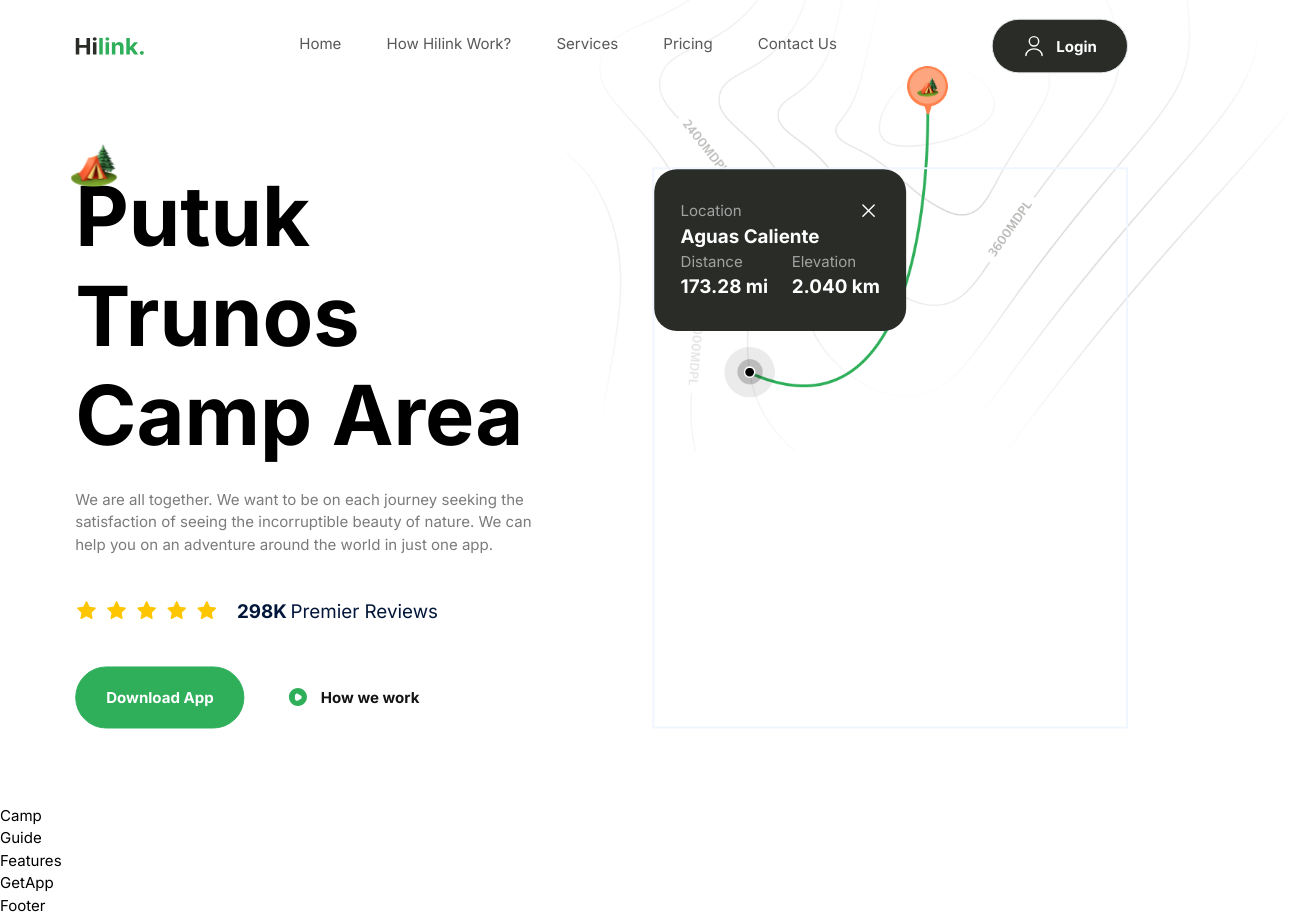
Repository: SouthpawC0der/Modern-reactsite
Page: /
An editor plug-in stored every save of this project. The page is shown before and after the next save, followed by the edit.
The browser window is 1280 px wide. The page is 1392 px wide, so the pictures cover 1392 px, including what lies to the right of the window. The pictures show the whole page, at 94% of full size.
The project was rebuilt for these pictures with package versions that can differ from the ones it lists, and the page was loaded fresh each time. The framework's server and built-in components were replaced by stand-ins that run in the browser. Also part of the build but not shown: next.config.ts.

Above is the page before, as saved 2025-01-30 12:06:50.

### app/layout.tsx
import type { Metadata } from "next";
import "./globals.css";
import Navbar from "@/components/Navbar";
import Footer from "@/components/Footer";

export default function RootLayout({
  children,
}: Readonly<{
  children: React.ReactNode;
}>) {
  return (
    <html lang="en">
      <body>
        <Navbar />
        <main className="relative-overflow-hidden">
        {children}
        </main>
        <Footer />
      </body>
    </html>
  );
}

### app/page.tsx
import Camp from "@/components/Camp";
import Features from "@/components/Features";
import GetApp from "@/components/GetApp";
import Guide from "@/components/Guide";
import Hero from "@/components/Hero";


export default function Home() {
  return (
    <>
    <Hero />
    <Camp />
    <Guide />
    <Features />
    <GetApp />
    </>
  );
}

### app/globals.css

@import url('https://fonts.googleapis.com/css2?family=Inter:wght@400;500;600;700;800&display=swap');

@tailwind base;
@tailwind components;
@tailwind utilities;

* {
  margin: 0;
  padding: 0;
  box-sizing: border-box;
}

body {
  font-family: Inter;
}

@layer utilities {
  .btn_white {
    @apply  border-white bg-white px-8 py-3 text-green-50
  }
  .btn_white_text  {
    @apply  border-white bg-white px-8 py-3 text-gray-90
  }
  .btn_green  {
    @apply  border-green-50 bg-green-50 px-8 py-5 text-white
  }
  .btn_dark_green {
    @apply  bg-green-90 px-8 py-4 text-white transition-all hover:bg-black
  }
  .btn_dark_green_outline  {
    @apply border-gray-20 bg-green-90 px-8 py-5 text-white
  }

  .max-container {
    @apply mx-auto max-w-[1440px];
  }

  .padding-container {
    @apply px-6 lg:px-20 3xl:px-0;
  }

  .flexCenter {
    @apply flex items-center justify-center;
  }

  .flexBetween {
    @apply flex items-center justify-between;
  }

  .flexStart {
    @apply flex items-center justify-start;
  }

  .flexEnd {
    @apply flex items-center justify-end;
  }

  /* FONTS */
  .regular-64 {
    @apply text-[64px] font-[400] leading-[120%];
  }

  .regular-40 {
    @apply text-[40px] font-[400] leading-[120%];
  }

  .regular-32 {
    @apply text-[32px] font-[400];
  }

  .regular-24 {
    @apply text-[24px] font-[400];
  }

  .regular-20 {
    @apply text-[20px] font-[400];
  }

  .regular-18 {
    @apply text-[18px] font-[400];
  }

  .regular-16 {
    @apply text-[16px] font-[400];
  }

  .regular-14 {
    @apply text-[14px] font-[400];
  }

  .medium-14 {
    @apply text-[14px] font-[600];
  }

  .bold-88 {
    @apply text-[88px] font-[700] leading-[120%];
  }

  .bold-64 {
    @apply text-[64px] font-[700] leading-[120%];
  }

  .bold-52 {
    @apply text-[52px] font-[700] leading-[120%];
  }

  .bold-40 {
    @apply text-[40px] font-[700] leading-[120%];
  }

  .bold-32 {
    @apply text-[32px] font-[700] leading-[120%];
  }

  .bold-20 {
    @apply text-[20px] font-[700];
  }

  .bold-18 {
    @apply text-[18px] font-[700];
  }

  .bold-16 {
    @apply text-[16px] font-[700];
  }

  /* Hero */
  .hero-map {
    @apply absolute right-0 top-0 h-screen w-screen bg-pattern-2 bg-cover bg-center md:-right-28 xl:-top-60;
  }

  /* Camp */
  .camp-quote {
    @apply absolute -right-6 bottom-4 w-[140px] lg:bottom-10 xl:-right-8 xl:w-[186px] 3xl:right-0;
  }

  /* Feature */
  .feature-phone {
    @apply absolute top-[13%] z-10 hidden max-w-[1500px] rotate-[15deg] md:-left-16 lg:flex  3xl:left-20;
  }

  /* Get App */
  .get-app {
    @apply max-container relative flex w-full  flex-col justify-between gap-32 overflow-hidden bg-green-90 bg-pattern bg-cover bg-center bg-no-repeat px-6 py-12 text-white sm:flex-row sm:gap-12 sm:py-24 lg:px-20 xl:max-h-[598px] 2xl:rounded-5xl;
  }
}

/* Hide scrollbar for Chrome, Safari and Opera */
.hide-scrollbar::-webkit-scrollbar {
  display: none;
}

/* Hide scrollbar for IE, Edge and Firefox */
.hide-scrollbar {
  -ms-overflow-style: none; /* IE and Edge */
  scrollbar-width: none; /* Firefox */
}

### components/Navbar.tsx
import { NAV_LINKS } from '@/constants'
import Image from 'next/image'
import Link from 'next/link'
import React from 'react'
import Button from './Button'

const Navbar = () => {
  return (
    <nav className='flexBetween max-container padding-container relative z-30 py-5'>
        <Link href="/">
          <Image src="/hilink-logo.svg" alt='logo' width={74} height={29} />
        </Link>

          <ul className='hidden h-full gap-12 lg:flex'>
             {NAV_LINKS.map((link) => (
                <Link href={link.href} key={link.key}
                className='regular-16 text-gray-50 flexCenter cursor-pointer pb-1.5 transition-all hover:font-bold'
                >
                    {link.label}
                </Link>
             ))}
          </ul>

          <div className='lg:flexCenter hidden'>
            <Button
            type='button'
            title='Login'
            icon='/user.svg'
            variant='btn_dark_green'
            />
          </div>

          <Image
          src='menu.svg'
          alt='menu'
          width={32}
          height={32}
          className='inline-block cursor-pointer lg:hidden'
          />
    </nav>
  )
}


export default Navbar

### components/Hero.tsx
import Image from 'next/image'
import React from 'react'
import Button from './Button'

const Hero = () => {
  return (
    <section className='max-container padding-container flex flex-col gap-20 py-10 pb-32 md:gap-28
     lg:py-20 xl:flex-row '>
        <div className='hero-map' />

        <div className='relative z-10 flex flex-1 flex-col xl:w-1/2'>
            <Image
            src='/camp.svg'
            alt='camp'
            width={50}
            height={50}
            className='absolute left-[-5px] top-[-30px] w-10 lg:w-[50px]'
             />
             <h1 className='bold-32 lg:bold-88'>Putuk Trunos Camp Area</h1>
             <p className='regular-16 mt-6 text-gray-30 xl:max-[520px]'>
                We are all together. We want to be on each journey seeking the
                satisfaction of seeing the incorruptible beauty of nature. We can
                help you on an adventure around the world in just one app.
             </p>

             <div className='my-11 flex flex-wrap gap-5'>
                <div className='flex items-center gap-2'>
                    {Array(5).fill(1).map((_, index) => (
                        <Image
                        src='/star.svg'
                        key={index}
                        alt='star'
                        width={24}
                        height={24}
                        />
                    ))}
                </div>
                <p className='bold-16 lg:bold-20 text-blue-70'>
                    298K
                    <span className='regular-16 lg:regular-20 ml-1'>Premier Reviews</span>
                </p>
             </div>
             <div className='flex flex-col w-full gap-3 sm:flex-row'>
                    <Button
                    type='button'
                    title='Download App'
                    variant='btn_green'
                    />
                    <Button
                    type='button'
                    title='How we work'
                    icon='/play.svg'
                    variant='btn_white_text'
                    />
             </div>
        </div>

        <div className='relative flex flex-1 items-start border-2 border-blue-50'>
           <div className='relative z-20 w-[268px] flex-col gap-8 rounded-3xl bg-green-90 px-7 py-8'>

            <div className='flex flex-col'>
                <div className='flexBetween'>
                    <p className='regular-16 text-gray-20'>Location</p>
                        <Image
                          src='/close.svg'
                          alt='close'
                          width={24}
                          height={24}
                        />
                </div>

                <p className='bold-20 text-white'>Aguas Caliente</p>
                </div>

                <div className='flexBetween'>
                  <div className='flex flex-col'>
                    <p className='regular-16 block text-gray-20'>Distance</p>
                    <p className='bold-20 text-white'>173.28 mi</p>
                </div>
                  <div className='flex flex-col'>
                    <p className='regular-16 block text-gray-20'>Elevation</p>
                    <p className='bold-20 text-white'> 2.040 km</p>
                </div>
              </div>
            </div>
        </div>
    </section>
  )
}

export default Hero

### components/Button.tsx
import Image from 'next/image';
import React from 'react'

type ButtonProps = {
    type: 'button' | 'submit';
    title: string;
    icon?: string,
    variant: string
}

const Button = ( {type, title, icon, variant }: ButtonProps) => {
  return (
    <button
    className={`flexCenter gap-3 rounded-full border ${variant}`}
    type={type}

    >
        {icon && <Image src={icon} alt={title} width={24} height={24} />}
        <label className='bold-16 whitespace-nowrap'>{title}</label>
    </button>
  )
}

export default Button

Loaded but not shown: components/Footer.tsx (common file); components/Camp.tsx (common file); components/Features.tsx (common file); components/GetApp.tsx (common file); components/Guide.tsx (common file); constants/index.ts (common file); tailwind.config.ts (common file)

After the next save:
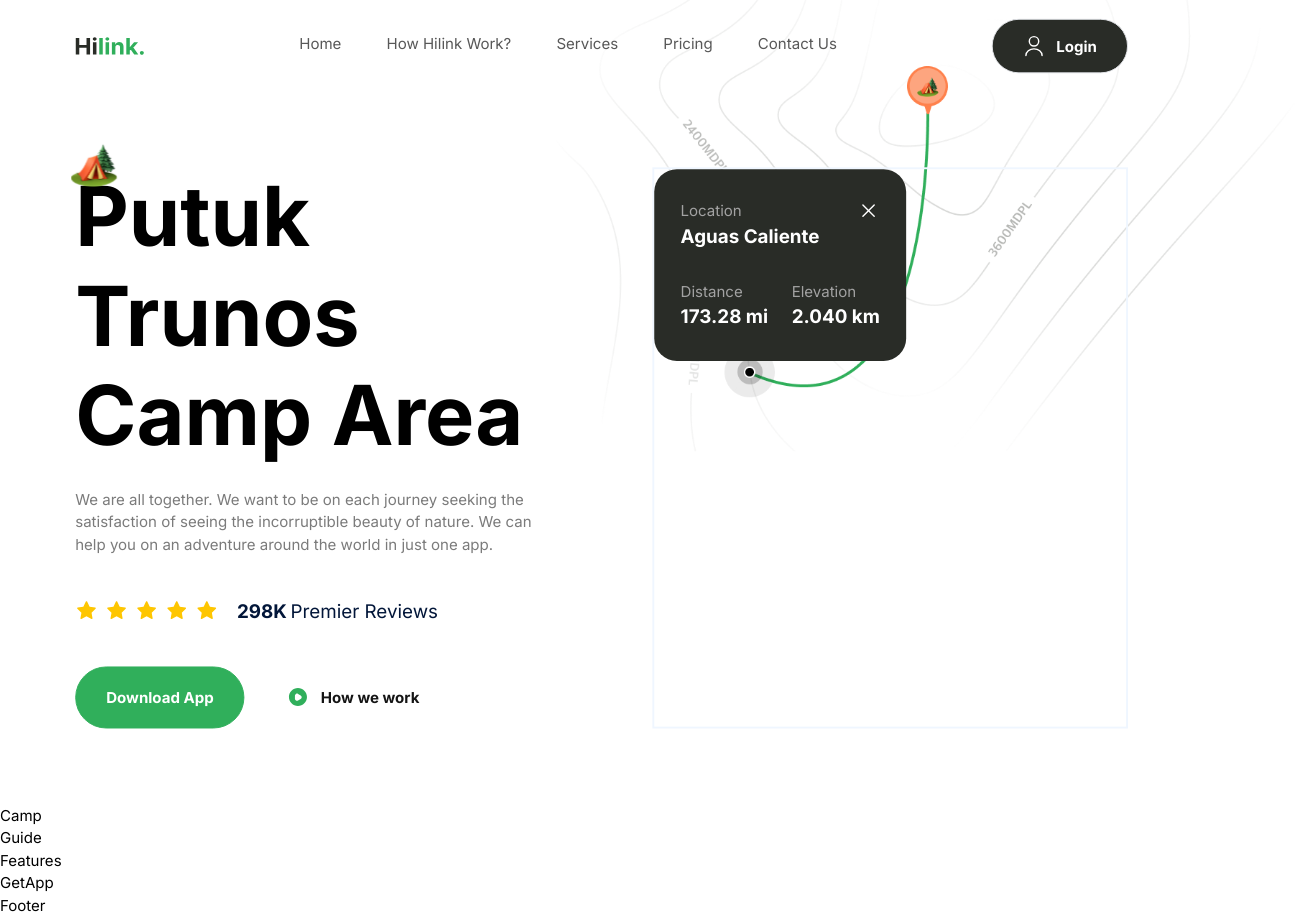
Saved 35 s later.
--- a/components/Hero.tsx
+++ b/components/Hero.tsx
@@ -56,7 +56,7 @@ const Hero = () => {
         </div>
 
         <div className='relative flex flex-1 items-start border-2 border-blue-50'>
-           <div className='relative z-20 w-[268px] flex-col gap-8 rounded-3xl bg-green-90 px-7 py-8'>
+           <div className='relative z-20 flex w-[268px] flex-col gap-8 rounded-3xl bg-green-90 px-7 py-8'>
 
             <div className='flex flex-col'>
                 <div className='flexBetween'>
